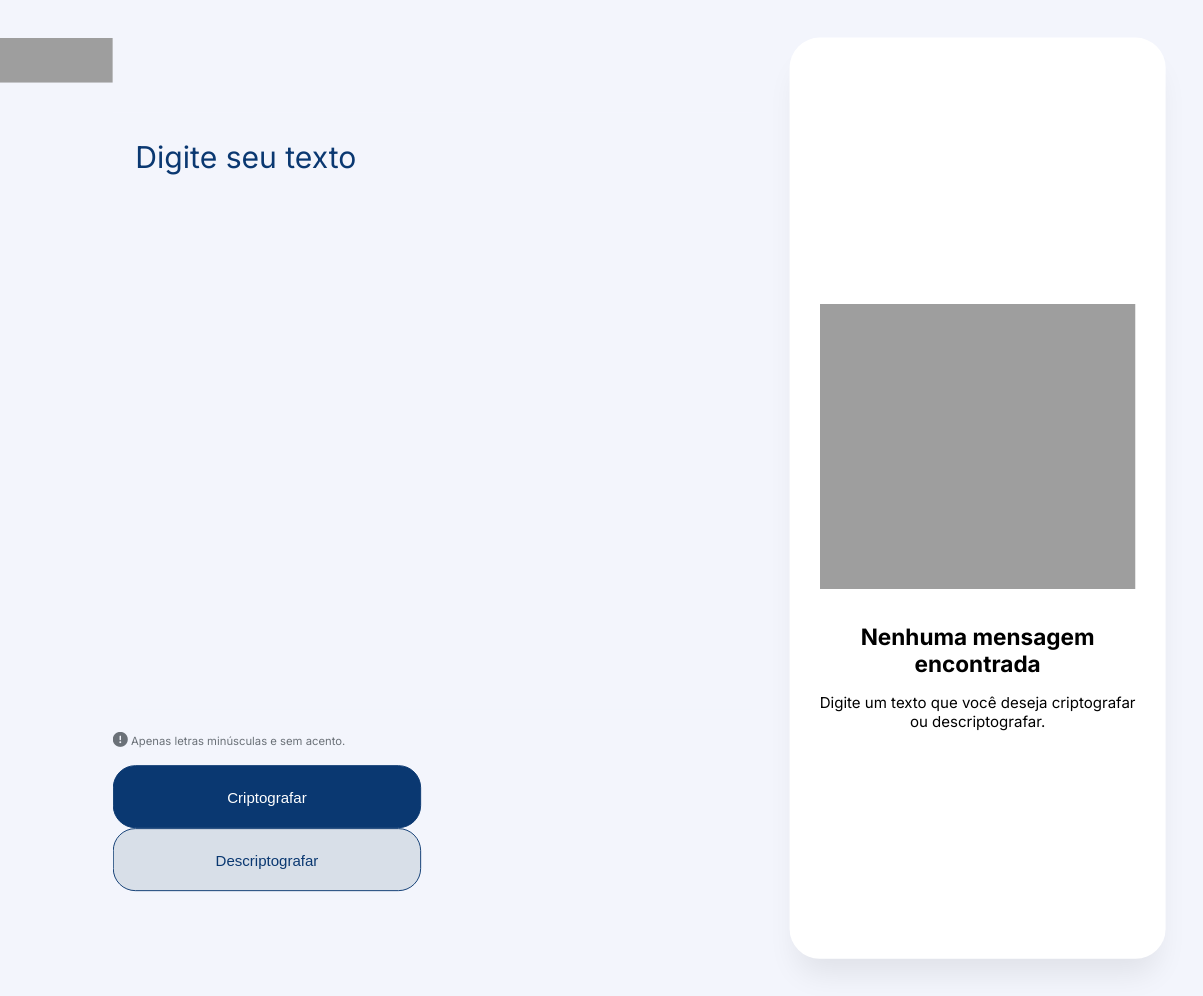
Repository: CarlosEduardoVdeOliveira/descodificador-de-texto
Page: index.html
These files come from the project's save history. The page is drawn as it stood at one moment and after the next save; the edit follows.
The browser window is 1280 px wide. The pictures show the whole page, at 94% of full size.
Pictures or frames that could not be fetched are drawn as grey boxes.

Above is the page before, as saved 2023-04-12 09:39:53.

After the next save:
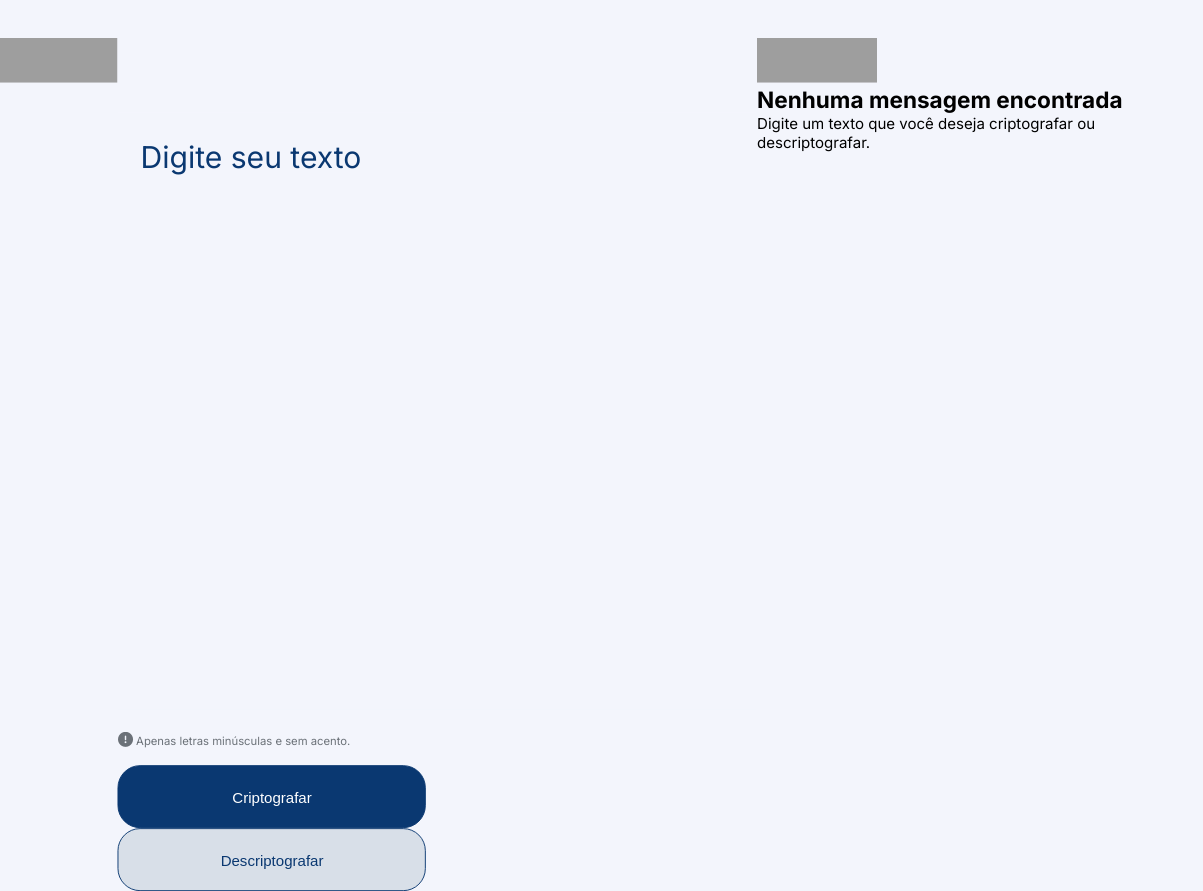
Saved 51 s later.
--- a/index.html
+++ b/index.html
@@ -27,7 +27,7 @@
             <button class="button-decryption">Descriptografar</button>
          </div>
       </div>
-      <div class="cryption">
+      <div class="textcryption">
          <img src="/public/images/imageHighLight.svg" alt="">
          <div>
             <h2>Nenhuma mensagem encontrada</h2>

After the save that followed:
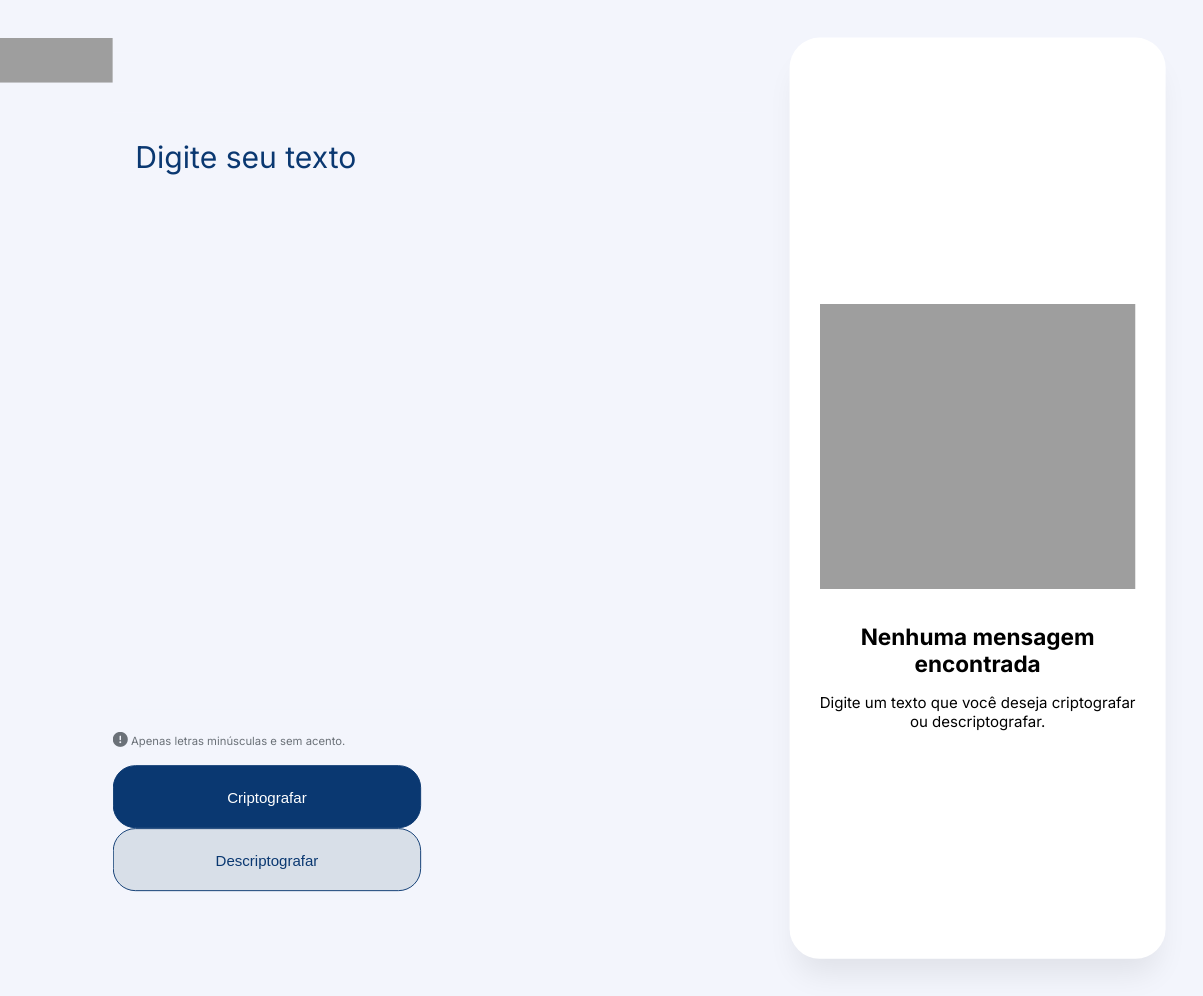
Saved 2 s later.
--- a/public/styles/index.css
+++ b/public/styles/index.css
@@ -80,7 +80,7 @@ button{
 .button-decryption:hover{
    background-color: var(--light-blue-200);
 }
-.cryption{
+.textcryption{
    width: 25rem;
    margin: 2.5rem;
    padding: 15.188rem 2rem;
@@ -90,7 +90,7 @@ button{
    box-shadow: 0px 24px 32px -8px rgba(0, 0, 0, 0.08);
    border-radius: 32px;
 }
-.cryption div{
+.textcryption div{
    display: flex;
    flex-direction: column;
 
@@ -98,7 +98,7 @@ button{
    padding: 0px;
    gap: 16px;
 }
-.cryption img{
+.textcryption img{
    width: 21rem;
    height: 19rem;
 }
